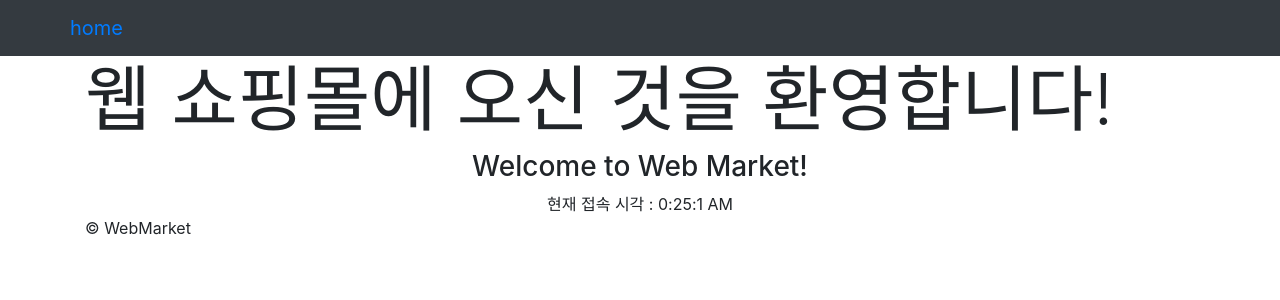
Repository: realseungju/JSP
Page: http://localhost/WebMarket/web_front_page.jsp
The author's editor kept a copy of each file at every save. The page is drawn from the files as they stood at one save, then again after the next save.
The browser window is 1280 px wide. The pictures show the whole page.
The page is served by Tomcat 9.

Above is the page before, as saved 2021-11-22 02:37:22.

After the next save:
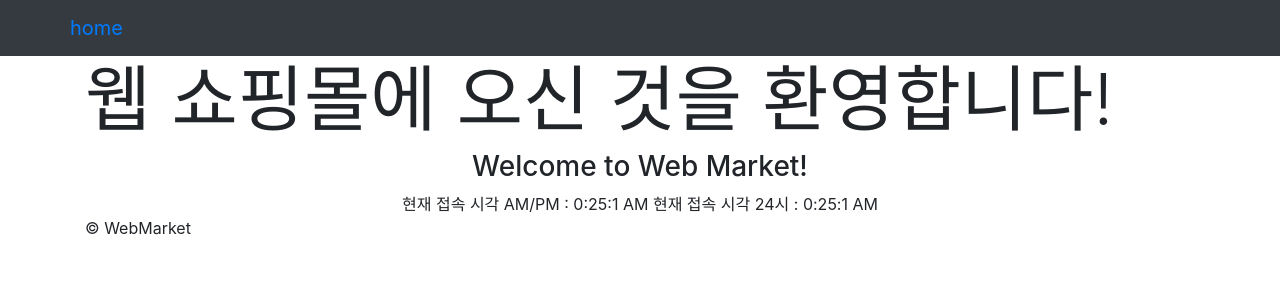
Saved 118 s later.
--- a/JSP_Work/WebMarket/WebContent/web_front_page.jsp
+++ b/JSP_Work/WebMarket/WebContent/web_front_page.jsp
@@ -38,6 +38,7 @@
 	 				Date day = new java.util.Date();
 	 				String am_pm;
 	 				int hour = day.getHours();
+	 				int hour2 = day.getHours();
 	 				int min = day.getMinutes();
 	 				int sec = day.getSeconds();
 	 				if (hour / 12 == 0)
@@ -50,7 +51,9 @@
 	 					hour = hour - 12;
 	 				}
 	 				String CT = hour + ":" + min + ":" + sec + " " + am_pm;
-	 				out.println("현재 접속 시각 : " + CT + "\n");
+	 				String CT2 = hour2 + ":" + min + ":" + sec + " ";
+	 				out.println("현재 접속 시각 AM/PM : " + CT + "\n");
+	 				out.println("현재 접속 시각 24시 : " + CT + "\n");
 
 	 			%>
 	 		</div>
